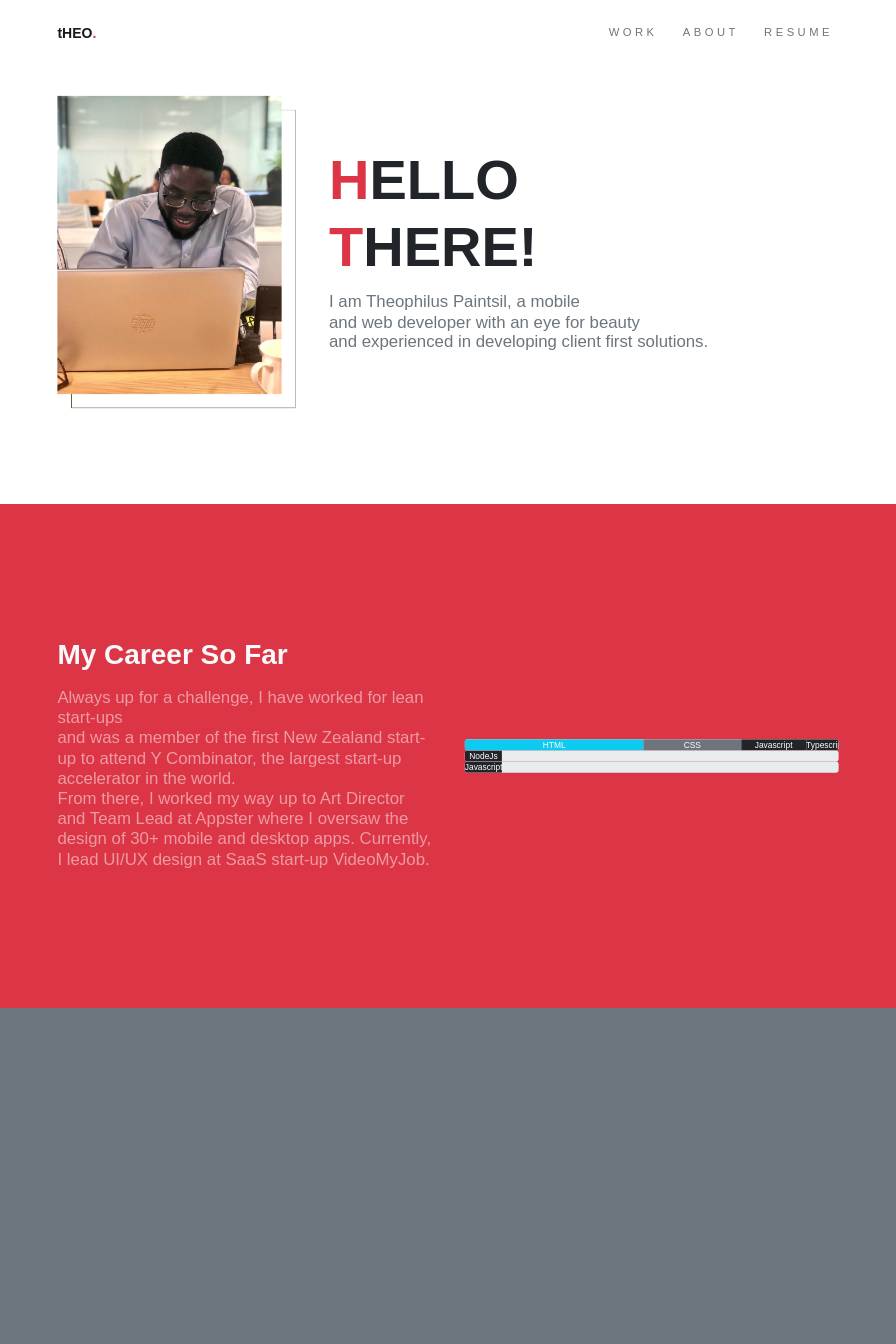
Repository: tHEO2k17/portfolio
Page: /
The author's editor kept a copy of each file at every save. The page is drawn from the files as they stood at one save, then again after the next save.
The browser window is 1280 px wide. The pictures show the part of the page from y = 0 to 1920 px (the page is 3000 px tall), at 70% of full size.
The project was rebuilt for these pictures with package versions that can differ from the ones it lists, and the page was loaded fresh each time.

Above is the page before, as saved 2021-07-22 10:50:19.

### public/index.html
<!DOCTYPE html>
<html lang="en">
  <head>
    <meta charset="utf-8" />
    <link rel="icon" href="%PUBLIC_URL%/favicon.ico" />
    <meta name="viewport" content="width=device-width, initial-scale=1" />
    <meta name="theme-color" content="#000000" />
    <meta
      name="description"
      content="Web site created using create-react-app"
    />
    <link rel="apple-touch-icon" href="%PUBLIC_URL%/logo192.png" />
    <link rel="manifest" href="%PUBLIC_URL%/manifest.json" />
    <title>Theophilus Paintsil - Portfolio</title>
  </head>
  <body>
    <noscript>You need to enable JavaScript to run this app.</noscript>
    <div id="root"></div>
  </body>
</html>

### src/index.tsx
import React from 'react';
import ReactDOM from 'react-dom';
import './index.scss';
import App from './presentation/App';

ReactDOM.render(
  <React.StrictMode>
    <App />
  </React.StrictMode>,
  document.getElementById('root')
);

### src/index.scss
@import '~bootstrap/scss/bootstrap.scss';

body{
    font-family: Arial, Helvetica, sans-serif;
}
// Navbar
.navbar-light .navbar-nav{
    padding: 1.2rem 0rem;
}

.navbar-light .navbar-nav .nav-link {
   letter-spacing: 5px;
//    font-size: 14px;
}

.navbar-light .navbar-nav .nav-link:not(:last-child) {
    margin-right: 20px;
 }

### src/presentation/App.tsx
import React from 'react';
import { Switch, Route, BrowserRouter as Router, } from 'react-router-dom';
import HomePage from './pages/HomePage';

function App() {
  return (
    <Router>
      <Switch>
        <Route exact path="/" component={HomePage} />
      </Switch>
    </Router>
  );
}

export default App;

### src/presentation/pages/HomePage.tsx
import { Col, Container, Nav, Navbar, Row, Image, ProgressBar } from "react-bootstrap";

export default function HomePage() {

    return (
        <>
            <Navbar expand="lg" fixed="top" variant="light">
                <Container>
                    <Navbar.Brand href="#home">
                        <span className="fw-bold">tHEO<b className="text-danger">.</b></span>
                    </Navbar.Brand>
                    <Navbar.Toggle />
                    <Navbar.Collapse>
                        <Nav className="ms-auto">
                            <Nav.Link href="#home">WORK</Nav.Link>
                            <Nav.Link href="#home">ABOUT</Nav.Link>
                            <Nav.Link href="#link">RESUME</Nav.Link>
                        </Nav>
                    </Navbar.Collapse>
                </Container>
            </Navbar>

            <header className="min-vh-100">
                <Container>
                    <Row className="align-items-center min-vh-100 my-auto gx-5">
                        <Col md="4"> <Image src="assets/images/theo.png" fluid /> </Col>
                        <Col>
                            <h1 className="display-1 fw-bold">
                                <b className="text-danger">H</b>ELLO <br />
                                <b className="text-danger">T</b>HERE!
                            </h1>
                            <h4 className="fw-light text-muted mt-3">
                                I am Theophilus Paintsil, a mobile <br />
                                and web developer with an eye for beauty <br />
                                and experienced in developing client first solutions.
                            </h4>
                        </Col>
                    </Row>
                </Container>
            </header>

            <section className="bg-danger min-vh-100">
                {/* skills and tools */}
                <Container>
                    <Row className="align-items-center min-vh-100 my-auto gx-5 text-light">
                        <Col>
                            <h1 className="fw-bold">My Career So Far</h1>
                            <h4 className="text-white-50 mt-4">
                                Always up for a challenge, I have worked for lean start-ups<br />
                                and was a member of the first New Zealand start-up to attend Y Combinator,
                                the largest start-up accelerator in the world. <br />
                                From there, I worked my way up to Art Director and Team Lead at Appster where
                                I oversaw the design of 30+ mobile and desktop apps. Currently,
                                I lead UI/UX design at SaaS start-up VideoMyJob.
                            </h4>
                        </Col>
                        <Col>
                            <ProgressBar>
                                <ProgressBar variant="info" now={55} key={1} label="HTML" />
                                <ProgressBar variant="secondary" now={30} key={2} label="CSS" />
                                <ProgressBar variant="dark" now={20} key={3} label="Javascript" />
                                <ProgressBar variant="dark" now={10} key={3} label="Typescript" />
                            </ProgressBar>
                            <ProgressBar variant="dark" now={10} key={3} label="NodeJs" />
                            <ProgressBar variant="dark" now={10} key={3} label="Javascript" />
                        </Col>
                    </Row>
                </Container>
            </section>

            <section className="bg-secondary min-vh-100">
                {/* employment history */}
            </section>

            <section className="bg-light min-vh-100">
                {/* work gallery */}
            </section>

            <footer className="bg-dark text-white">
                <Container className="py-5">
                    <Row>
                        <Col>&copy; {new Date().getFullYear()} Theophilus Paintsil. All rights reserved </Col>
                    </Row>
                </Container>
            </footer>

        </>
    );
}

After the next save:
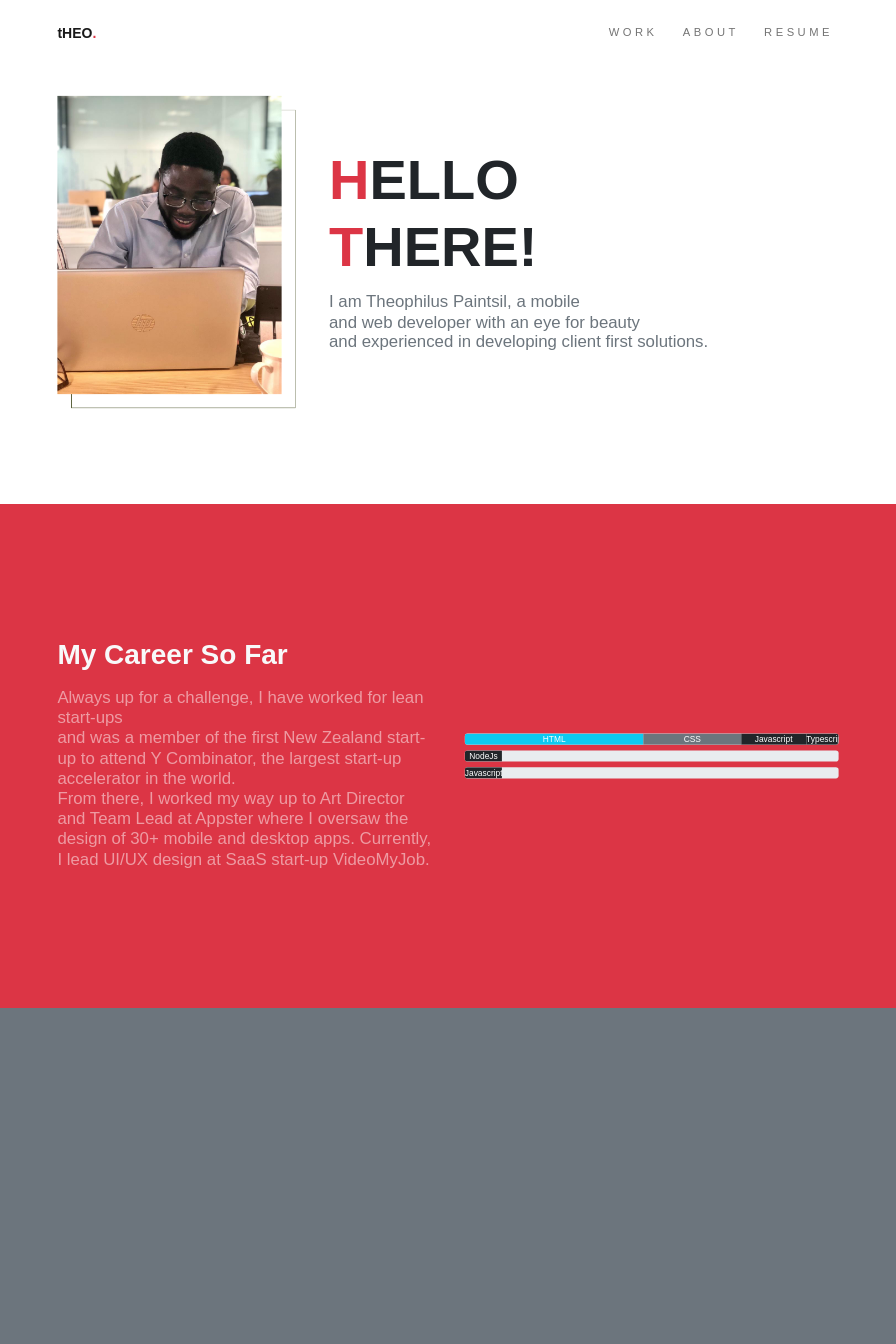
Saved 18 s later.
--- a/src/presentation/pages/HomePage.tsx
+++ b/src/presentation/pages/HomePage.tsx
@@ -61,7 +61,7 @@ export default function HomePage() {
                                 <ProgressBar variant="dark" now={20} key={3} label="Javascript" />
                                 <ProgressBar variant="dark" now={10} key={3} label="Typescript" />
                             </ProgressBar>
-                            <ProgressBar variant="dark" now={10} key={3} label="NodeJs" />
+                            <ProgressBar className="my-2" variant="dark" now={10} key={3} label="NodeJs" />
                             <ProgressBar variant="dark" now={10} key={3} label="Javascript" />
                         </Col>
                     </Row>
